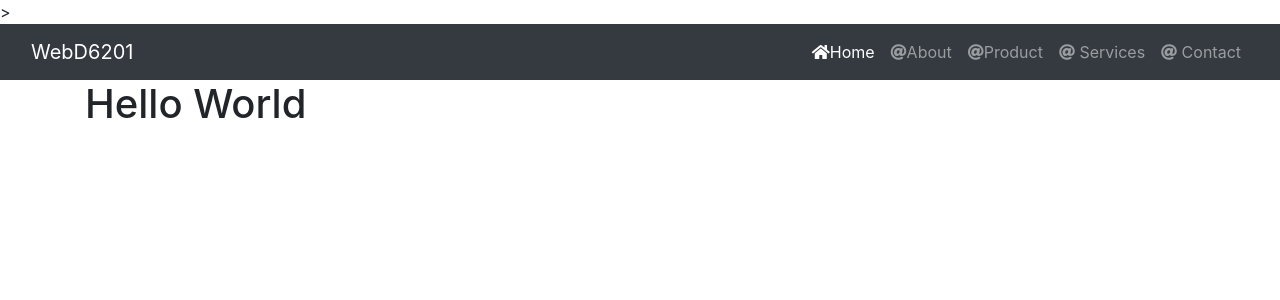
Repository: CKM206/WEBD6201-W2021-Week1
Page: index.html
The author's editor kept a copy of each file at every save. The page is drawn from the files as they stood at one save, then again after the next save.
The browser window is 1280 px wide. The pictures show the whole page.

Above is the page before, as saved 2021-01-14 09:25:17.

### index.html
<!doctype html>
<html lang="en">
    <head>
        <meta charset="UTF-8">
        <meta name="viewport" content="width=device-width, initial-scale=1.0">
        <title>Hello World!</title>>
        <!-- CSS Section -->
        <!-- Inject Bootstrap first, always-->
        <link rel="stylesheet"
             href="./node_modules/bootstrap/dist/css/bootstrap.min.css">
        <!-- Now inject Icon Fonts using Font Awesome-->
        <link rel="stylesheet"
             href="./node_modules/@fortawesome/fontawesome-free/css/all.min.css">
        <!-- Now inject our custom css-->
        <link rel="stylesheet" href="./Content/app.css">
    </head>
    <body>
        <!-- Nav Bar Section -->
        <nav class="navbar navbar-expand-lg navbar-dark bg-dark">
            <div class="container-fluid">
              <a class="navbar-brand" href="#">WebD6201</a>
              <button class="navbar-toggler" type="button" data-bs-toggle="collapse" data-bs-target="#navbarSupportedContent" aria-controls="navbarSupportedContent" aria-expanded="false" aria-label="Toggle navigation">
                <span class="navbar-toggler-icon"></span>
              </button>
              <div class="collapse navbar-collapse" id="navbarSupportedContent">
                <ul class="navbar-nav ml-auto mb-2 mb-lg-0">
                  <li class="nav-item">
                    <a class="nav-link active" aria-current="page" href="#">
                        <i class="fas fa-home fa-large"></i>Home</a>
                  </li>

                  <li class="nav-item">
                    <a class="nav-link" aria-current="page" href="#">
                        <i class="fas fa-at"></i>About</a>
                  </li>

                  <li class="nav-item">
                    <a class="nav-link" aria-current="page" href="#">
                        <i class="fas fa-at"></i>Product</a>
                  </li>

                  <li class="nav-item">
                    <a class="nav-link" aria-current="page" href="#">
                        <i class="fas fa-at"></i> Services</a>
                  </li>

                  <li class="nav-item">
                    <a class="nav-link" aria-current="page" href="#">
                        <i class="fas fa-at"></i> Contact</a>
                  </li>

              </div>
            </div>
          </nav>


        <div class="container">
            <h1>Hello World</h1>
        </div>


        <!-- JavaScript Section-->
        <script src="./node_modules/jquery/dist/jquery.min.js"></script>
        <script src="./node_modules/bootstrap/dist/js/bootstrap.bundle.min.js"></script>
        <script src="./Scripts/app.js"></script>
    </body>
</html>

### Content/app.css
/* Custom Css Goes Here */

### Scripts/app.js
/* Custom Scripts Go Here */

// IIFE - Immediatley Invoked Function Expression
//AKA: Anonymous Self-Executing Function
(function()
{
    function Start()
    {
        console.log("App Started...");

        for (let index = 0; index < 5; index++) {
            console.log(index);

        }

    }

    window.addEventListener("load", Start);

    /*
    window.addEventListener("load", ())
        console.log("App Started...");
    */

})();

Loaded but not shown: node_modules/bootstrap/dist/css/bootstrap.min.css (library); node_modules/@fortawesome/fontawesome-free/css/all.min.css (library); node_modules/jquery/dist/jquery.min.js (library); node_modules/bootstrap/dist/js/bootstrap.bundle.min.js (library)

After the next save:
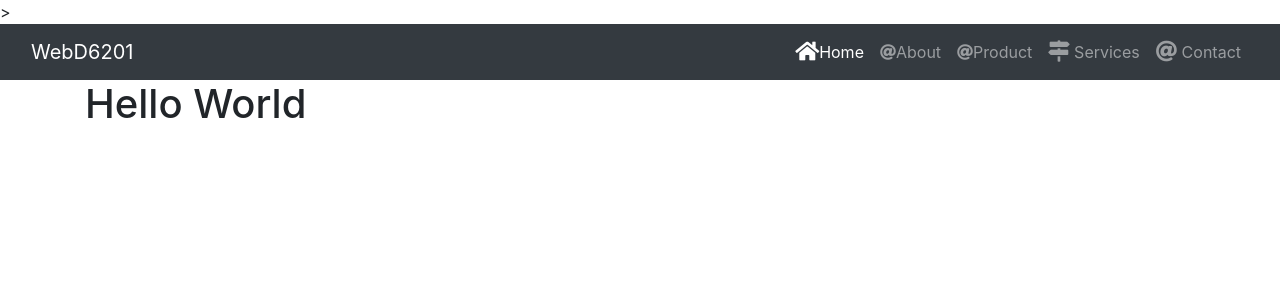
Saved 41 s later.
--- a/index.html
+++ b/index.html
@@ -26,7 +26,7 @@
                 <ul class="navbar-nav ml-auto mb-2 mb-lg-0">
                   <li class="nav-item">
                     <a class="nav-link active" aria-current="page" href="#">
-                        <i class="fas fa-home fa-large"></i>Home</a>
+                        <i class="fas fa-home fa-lg"></i>Home</a>
                   </li>
 
                   <li class="nav-item">
@@ -41,12 +41,12 @@
 
                   <li class="nav-item">
                     <a class="nav-link" aria-current="page" href="#">
-                        <i class="fas fa-at"></i> Services</a>
+                        <i class="fas fa-map-signs fa-lg"></i></i> Services</a>
                   </li>
 
                   <li class="nav-item">
                     <a class="nav-link" aria-current="page" href="#">
-                        <i class="fas fa-at"></i> Contact</a>
+                        <i class="fas fa-at fa-lg"></i> Contact</a>
                   </li>
 
               </div>
